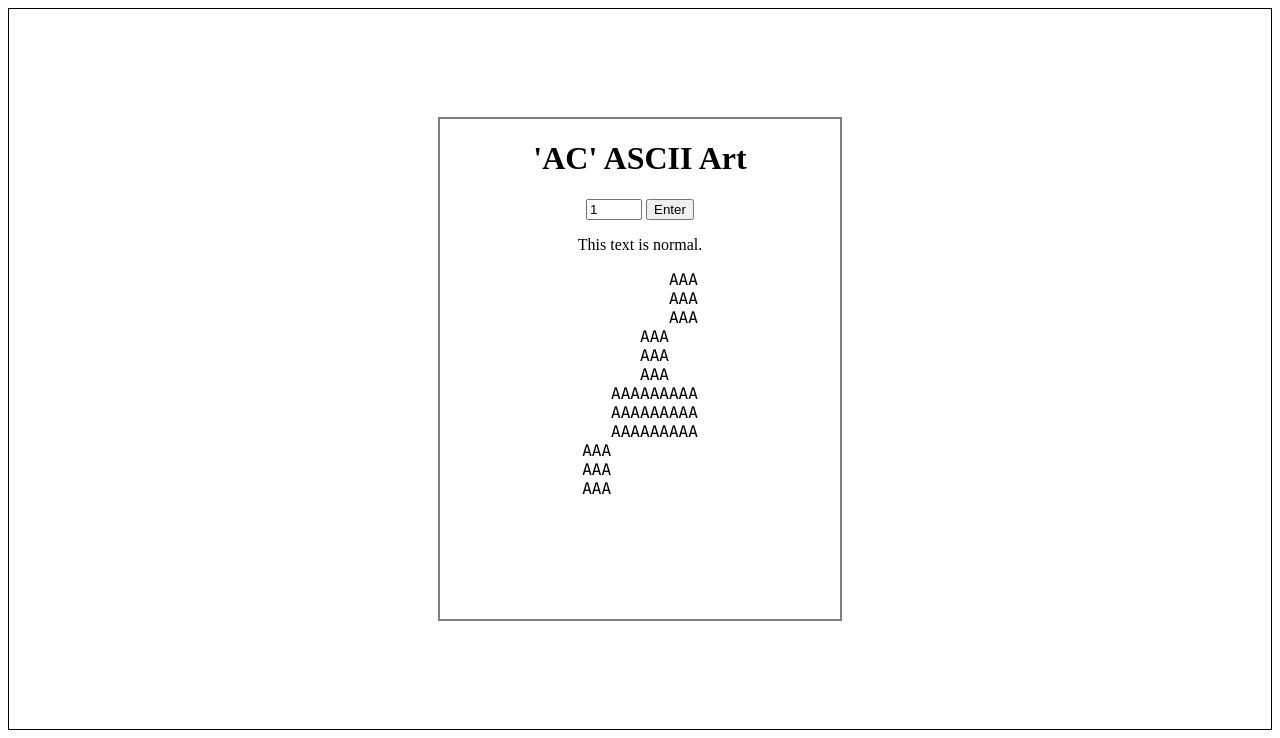
Repository: Achorn/ascii-art
Page: index.html
An editor plug-in stored every save of this project. The page is shown before and after the next save, followed by the edit.
The browser window is 1280 px wide. The pictures show the whole page.

Above is the page before, as saved 2021-08-09 17:11:55.

### index.html
<!DOCTYPE html>
<html lang="en">
  <head>
    <link rel="stylesheet" href="styles.css" />
    <meta charset="UTF-8" />
    <meta http-equiv="X-UA-Compatible" content="IE=edge" />
    <meta name="viewport" content="width=device-width, initial-scale=1.0" />
    <title>Document</title>
  </head>
  <body>
    <form>
      <h1>'AC' ASCII Art</h1>
      <input type="number" min="1" value="1" max="10" />
      <button>Enter</button>
      <div id="ascii">
        <p>This text is normal.</p>
        <p id="mono" style="font-family: 'Lucida Console', monospace">
          This text is monospace text.
        </p>
      </div>
    </form>
    <script type="text/javascript" src="myscripts.js"></script>
  </body>
</html>

### styles.css
body {
  border: 1px solid black;
  display: flex;
  flex-direction: column;
  justify-content: center;
  align-items: center;
  height: 100vh;
}

form {
  border: 2px solid grey;
  height: 500px;
  width: 400px;
  text-align: center;
}

.ascii {
  border-radius: 1px solid black;
}
#mono {
  /* font-size: 25.5vw; */

  white-space: pre;
}

### myscripts.js
let four = [
  [" ", " ", " ", "A"],
  [" ", " ", "A", " "],
  [" ", "A", "A", "A"],
  ["A", " ", " ", " "],
];

let eight = [
  [
    " ",
    " ",
    " ",
    " ",
    " ",
    " ",
    " ",
    "A",
    "A",
    " ",
    " ",
    " ",
    " ",
    " ",
    " ",
    " ",
  ],
  [
    " ",
    " ",
    " ",
    " ",
    " ",
    " ",
    "A",
    "A",
    "A",
    "A",
    " ",
    " ",
    " ",
    " ",
    " ",
    " ",
  ],
  [
    " ",
    " ",
    " ",
    " ",
    " ",
    "A",
    "A",
    " ",
    " ",
    "A",
    "A",
    " ",
    " ",
    " ",
    " ",
    " ",
  ],
  [
    " ",
    " ",
    " ",
    " ",
    "A",
    "A",
    "A",
    "A",
    "A",
    "A",
    "A",
    "A",
    " ",
    " ",
    " ",
    " ",
  ],
  [
    " ",
    " ",
    " ",
    "A",
    "A",
    "A",
    "A",
    "A",
    "A",
    "A",
    "A",
    "A",
    "A",
    " ",
    " ",
    " ",
  ],
  [
    " ",
    " ",
    "A",
    "A",
    " ",
    " ",
    " ",
    " ",
    " ",
    " ",
    " ",
    " ",
    "A",
    "A",
    " ",
    " ",
  ],
  [
    " ",
    "A",
    "A",
    " ",
    " ",
    " ",
    " ",
    " ",
    " ",
    " ",
    " ",
    " ",
    " ",
    "A",
    "A",
    " ",
  ],
  [
    "A",
    "A",
    " ",
    " ",
    " ",
    " ",
    " ",
    " ",
    " ",
    " ",
    " ",
    " ",
    " ",
    " ",
    "A",
    "A",
  ],
];

function scaleSpread(array, factor) {
  const scaled = [];

  for (const row of array) {
    let x = [];

    for (const item of row) x.push(...Array(factor).fill(item));

    scaled.push(...Array(factor).fill(x));
  }

  return scaled;
}
let sixteen = scaleSpread(eight, 2);

function arrToString(arr) {
  let string = "";
  for (let i = 0; i < arr.length; i++) {
    string += arr[i].join("") + "<br>";
  }
  return string;
}

function trimA(arr, lWidth) {
  for (i = 0; i < arr.length; i++) {
    let disp = lWidth - (i % lWidth) - 1;
    console.log(i, disp);
    console.log(arr[i]);
    // remove from end
    for (let j = 0; j < disp; j++) {
      arr[i].pop();
      arr[i].unshift(" ");
    }

    //add to beginning
    // arr[i] == arr[i];
  }
}

let mono = document.getElementById("mono");
let scaled = scaleSpread(four, 3);
trimA(scaled, 3);

mono.innerHTML = arrToString(scaleSpread(four, 3));
// mono.innerHTML = arrToString(scaled);
// mono.innerHTML += arrToString(scaleSpread(eight, 1));

After the next save:
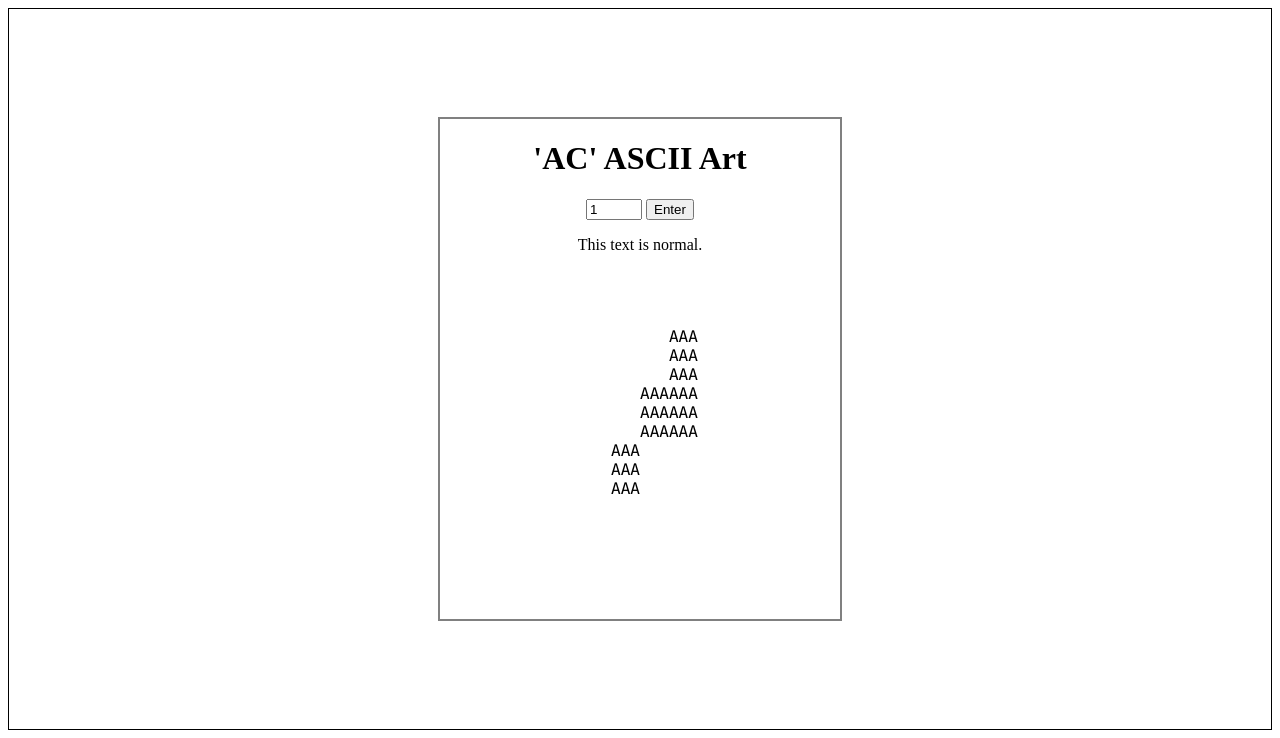
Saved 18 s later.
--- a/myscripts.js
+++ b/myscripts.js
@@ -195,6 +195,6 @@ let mono = document.getElementById("mono");
 let scaled = scaleSpread(four, 3);
 trimA(scaled, 3);
 
-mono.innerHTML = arrToString(scaleSpread(four, 3));
-// mono.innerHTML = arrToString(scaled);
+// mono.innerHTML = arrToString(scaleSpread(four, 3));
+mono.innerHTML = arrToString(scaled);
 // mono.innerHTML += arrToString(scaleSpread(eight, 1));
